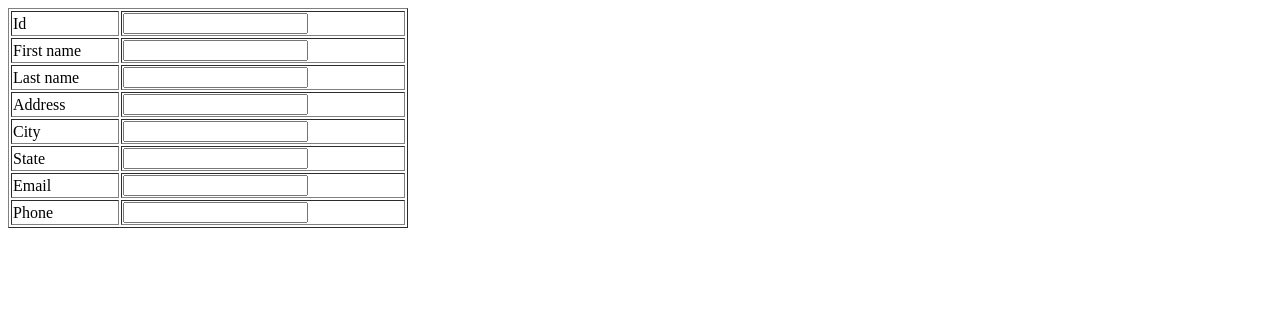
Repository: Shamanth-S/Customer-management
Page: User Management/src/main/webapp/add.html
These files come from the project's save history. The page is drawn as it stood at one moment and after the next save; the edit follows.
The browser window is 1280 px wide. The pictures show the whole page.

Above is the page before, as saved 2023-09-07 06:12:24.

After the next save:
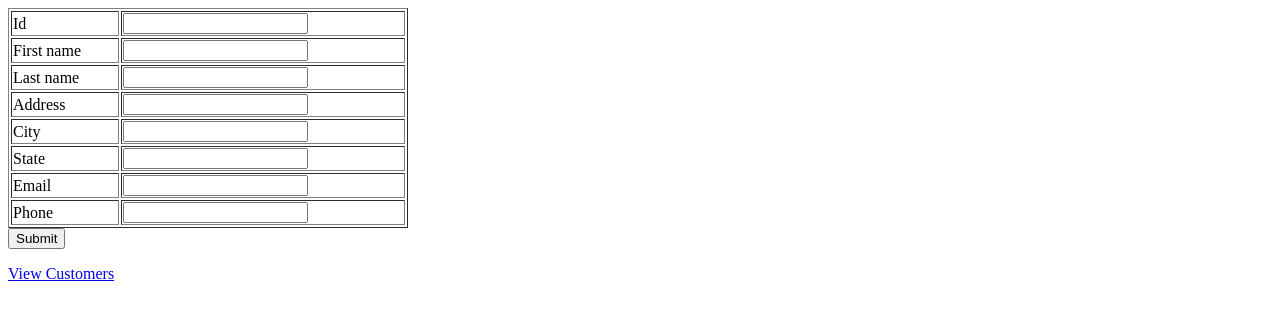
Saved 3 min 30 s later.
--- a/User Management/src/main/webapp/add.html
+++ b/User Management/src/main/webapp/add.html
@@ -15,40 +15,41 @@
 
 			<tr>
 				<td>First name</td>
-				<td><input type = "text" name = "id" id = "id"></td>
+				<td><input type = "text" name = "firstname" id = "firstname"></td>
 			</tr>
 
 			<tr>
 				<td>Last name</td>
-				<td><input type = "text" name = "id" id = "id"></td>
+				<td><input type = "text" name = "lastname" id = "lastname"></td>
 			</tr>
 
 			<tr>
 				<td>Address</td>
-				<td><input type = "text" name = "id" id = "id"></td>
+				<td><input type = "text" name = "address" id = "address"></td>
 			</tr>
 
 			<tr>
 				<td>City</td>
-				<td><input type = "text" name = "id" id = "id"></td>
+				<td><input type = "text" name = "city" id = "city"></td>
 			</tr>
 
 			<tr>
 				<td>State</td>
-				<td><input type = "text" name = "id" id = "id"></td>
+				<td><input type = "text" name = "state" id = "state"></td>
 			</tr>
 
 			<tr>
 				<td>Email</td>
-				<td><input type = "text" name = "id" id = "id"></td>
+				<td><input type = "text" name = "email" id = "email"></td>
 			</tr>
 
 			<tr>
 				<td>Phone</td>
-				<td><input type = "text" name = "id" id = "id"></td>
+				<td><input type = "text" name = "phone" id = "phone"></td>
 			</tr>
-
 		</table>
+		<input type = "submit" value = "Submit">
 	</form>
+	<p><a href = "ViewCustomer">View Customers</a></p>
 </body>
 </html>
